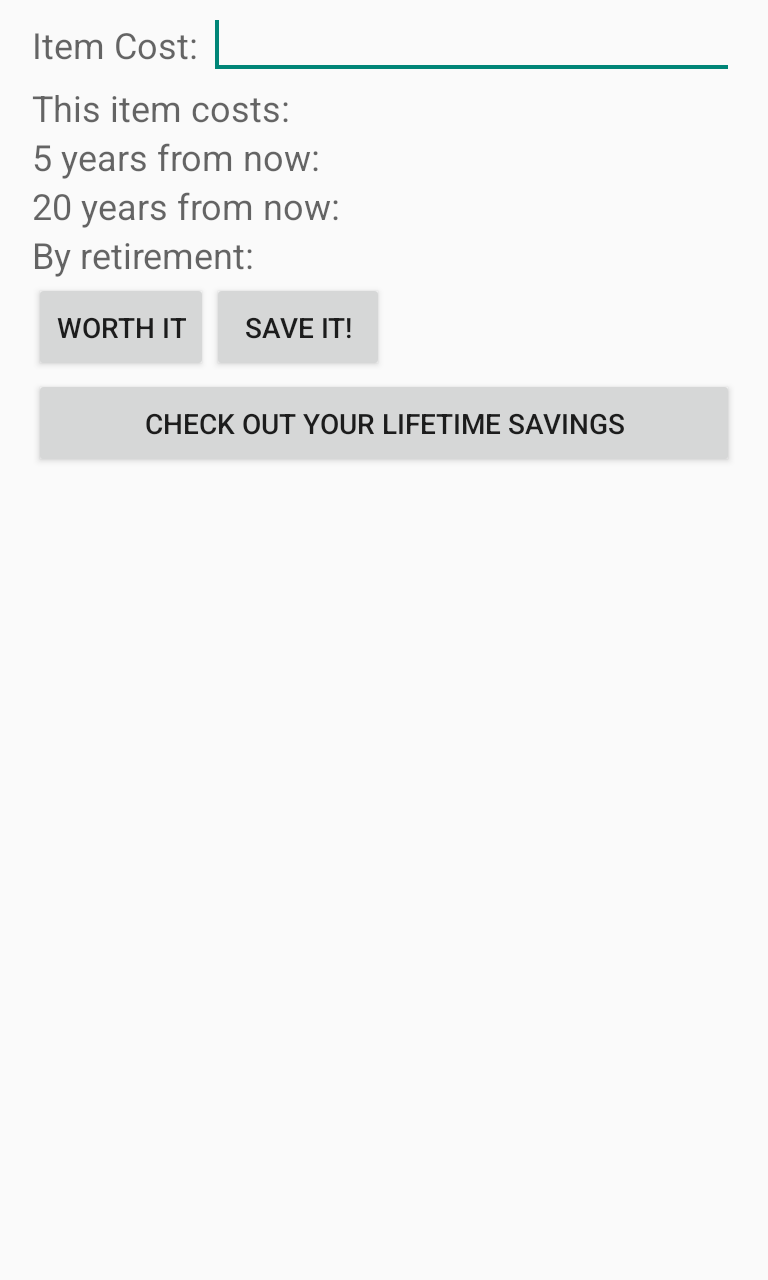
Repository: aallev11/saveit
Layout: ShouldISaveIt/res/layout/activity_main.xml
These files come from the project's save history. The layout is drawn as it stood at one moment and after the next save; the edit follows.
It is drawn on a 768 x 1280 px phone screen (xhdpi) without system bars, with theme AppTheme; the app's code is not run.

Above is the layout before, as saved 2014-03-30 13:43:29.

### ShouldISaveIt/res/layout/activity_main.xml
<FrameLayout xmlns:android="http://schemas.android.com/apk/res/android"
    xmlns:tools="http://schemas.android.com/tools"
    android:id="@+id/container"
    android:layout_width="match_parent"
    android:layout_height="match_parent"
    tools:context="com.example.shouldisaveit.MainActivity"
    tools:ignore="MergeRootFrame" >

    <LinearLayout
        android:layout_width="fill_parent"
        android:layout_height="fill_parent"
        android:orientation="vertical"
        android:paddingLeft="16dp"
        android:paddingRight="16dp" >

        <LinearLayout
            android:layout_width="fill_parent"
            android:layout_height="wrap_content"
            android:orientation="horizontal" >

            <TextView
                android:id="@+id/itemCost"
                android:layout_width="wrap_content"
                android:layout_height="wrap_content"
                android:text="Item Cost: "
                android:textAppearance="?android:attr/textAppearanceMedium" />

            <EditText
                android:id="@+id/editItemCost"
                android:layout_width="match_parent"
                android:layout_height="wrap_content"
                android:ems="10"
                android:inputType="numberDecimal"
                android:width="40dp" >

                <requestFocus />
            </EditText>
        </LinearLayout>

        <TextView
            android:layout_width="fill_parent"
            android:layout_height="wrap_content"
            android:text="This item costs:  "
            android:textAppearance="?android:attr/textAppearanceMedium" />

        <LinearLayout
            android:layout_width="fill_parent"
            android:layout_height="wrap_content"
            android:orientation="horizontal" >

            <TextView
                android:layout_width="wrap_content"
                android:layout_height="wrap_content"
                android:text="5 years from now:  "
                android:textAppearance="?android:attr/textAppearanceMedium" />

            <TextView
                android:id="@+id/edit5years"
                android:layout_width="match_parent"
                android:layout_height="wrap_content"
                android:ems="10"
                android:width="40dp" >
            </TextView>
        </LinearLayout>

        <LinearLayout
            android:layout_width="fill_parent"
            android:layout_height="wrap_content"
            android:orientation="horizontal" >

            <TextView
                android:layout_width="wrap_content"
                android:layout_height="wrap_content"
                android:text="20 years from now:  "
                android:textAppearance="?android:attr/textAppearanceMedium" />

            <TextView
                android:id="@+id/edit20years"
                android:layout_width="match_parent"
                android:layout_height="wrap_content"
                android:ems="10"
                android:width="40dp" >
            </TextView>
        </LinearLayout>

        <LinearLayout
            android:layout_width="fill_parent"
            android:layout_height="wrap_content"
            android:orientation="horizontal" >

            <TextView
                android:layout_width="wrap_content"
                android:layout_height="wrap_content"
                android:text="By retirement:  "
                android:textAppearance="?android:attr/textAppearanceMedium" />

            <TextView
                android:id="@+id/editByRetirement"
                android:layout_width="match_parent"
                android:layout_height="wrap_content"
                android:ems="10"
                android:width="40dp" >
            </TextView>
        </LinearLayout>

        <LinearLayout
            android:layout_width="fill_parent"
            android:layout_height="wrap_content"
            android:orientation="horizontal" >

            <Button
                android:id="@+id/worthIt"
                android:layout_width="wrap_content"
                android:layout_height="wrap_content"
                android:onClick="worthIt"
                android:text="Worth It" />

            <Button
                android:id="@+id/saveIt"
                android:layout_width="wrap_content"
                android:layout_height="wrap_content"
                android:text="Save It!" />
        </LinearLayout>

        <LinearLayout
            android:layout_width="fill_parent"
            android:layout_height="wrap_content"
            android:orientation="horizontal" >

            <Button
                android:id="@+id/lifetimeSavings"
                android:layout_width="fill_parent"
                android:layout_height="wrap_content"
                android:onClick="lifetimeSavings"
                android:text="Check out your lifetime savings" />
        </LinearLayout>
    </LinearLayout>

</FrameLayout>

Loaded but not shown: ShouldISaveIt/res/values/styles.xml (common file); ShouldISaveIt/res/values-v11/styles.xml (common file); ShouldISaveIt/res/values-v14/styles.xml (common file)

After the next save:
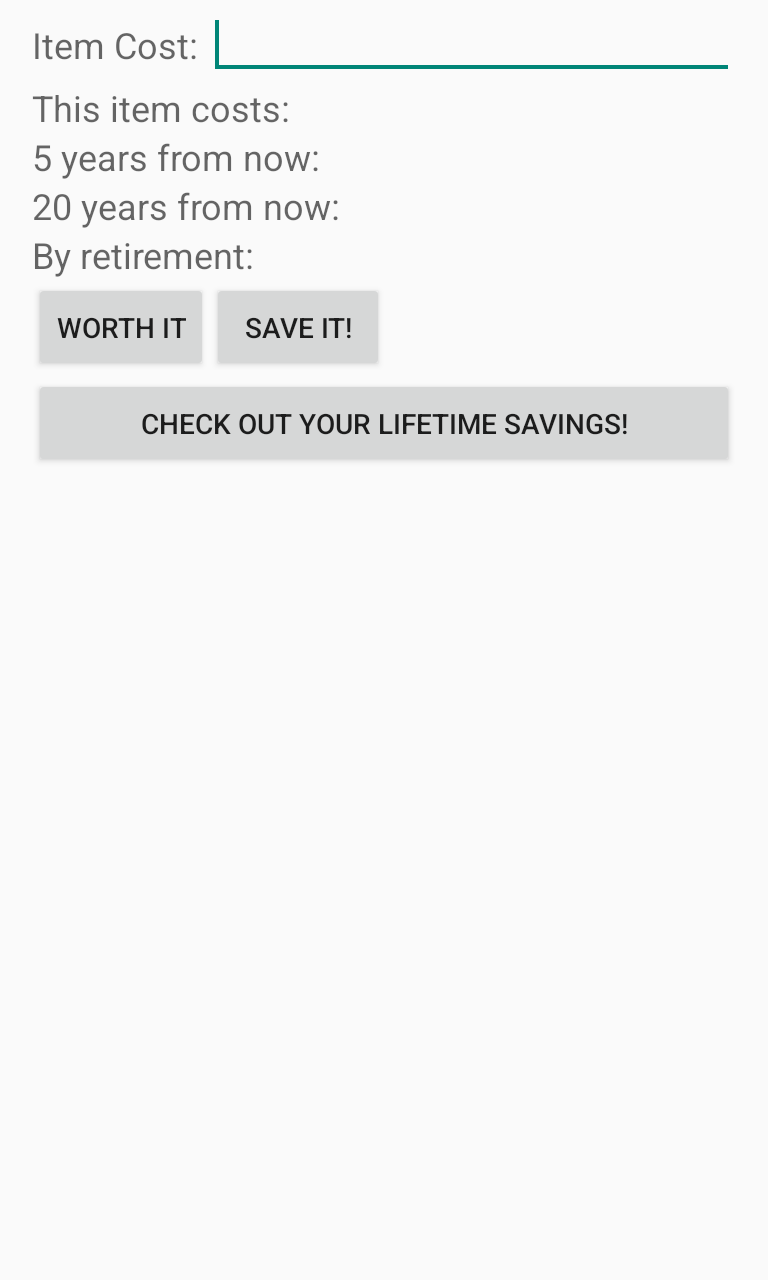
Saved 7 s later.
--- a/ShouldISaveIt/res/layout/activity_main.xml
+++ b/ShouldISaveIt/res/layout/activity_main.xml
@@ -132,7 +132,7 @@
                 android:layout_width="fill_parent"
                 android:layout_height="wrap_content"
                 android:onClick="lifetimeSavings"
-                android:text="Check out your lifetime savings" />
+                android:text="Check out your lifetime savings!" />
         </LinearLayout>
     </LinearLayout>
 
